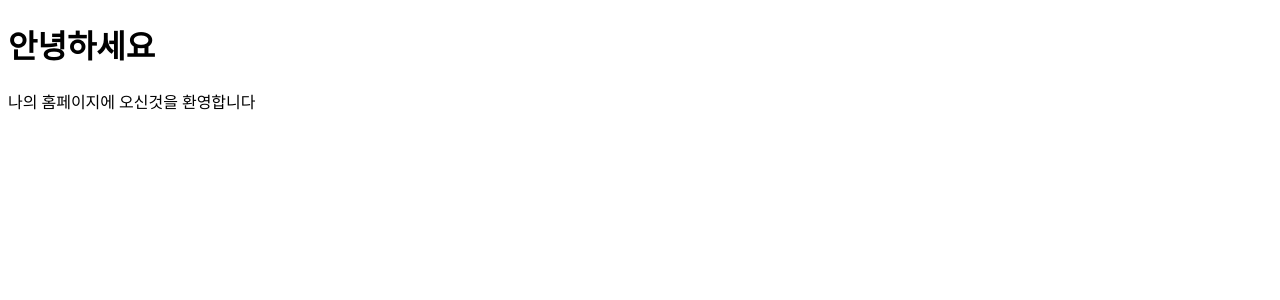
Repository: whdghks8021/Spring
Page: http://localhost/SpMVC001/
The author's editor kept a copy of each file at every save. The page is drawn from the files as they stood at one save, then again after the next save.
The browser window is 1280 px wide. The pictures show the whole page.
The page is served by Tomcat 9.

Above is the page before, as saved 2019-01-17 03:56:56.

After the next save:
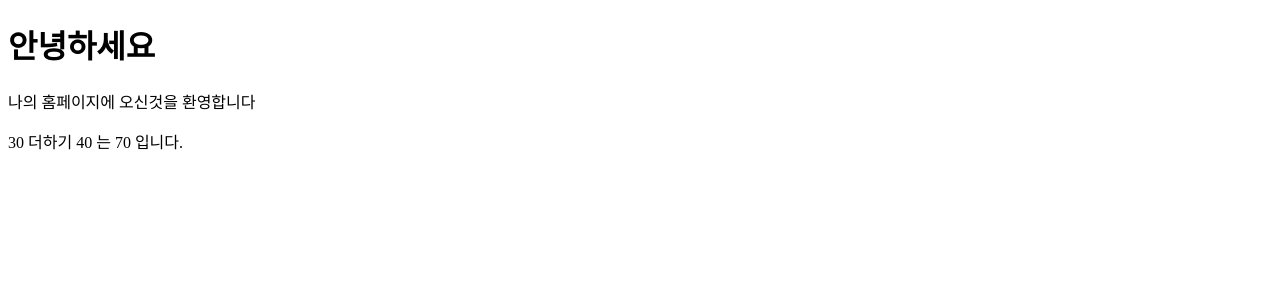
Saved 7 min 13 s later.
--- a/SpMVC001/src/main/webapp/index.jsp
+++ b/SpMVC001/src/main/webapp/index.jsp
@@ -1,5 +1,11 @@
 <%@ page language="java" contentType="text/html; charset=UTF-8"
     pageEncoding="UTF-8"%>
+   <%
+   	int intNum1 = 30;
+   	int intNum2 = 40;
+
+   	int intSum = intNum1 + intNum2 ;
+   %>
 <!DOCTYPE html>
 <html>
 <head>
@@ -9,5 +15,6 @@
 <body>
 	<h1>안녕하세요</h1>
 	<p>나의 홈페이지에 오신것을 환영합니다</p>
+	<p><%= intNum1 %> 더하기 <%= intNum2 %> 는 <%= intSum %> 입니다.</p>
 </body>
 </html>
